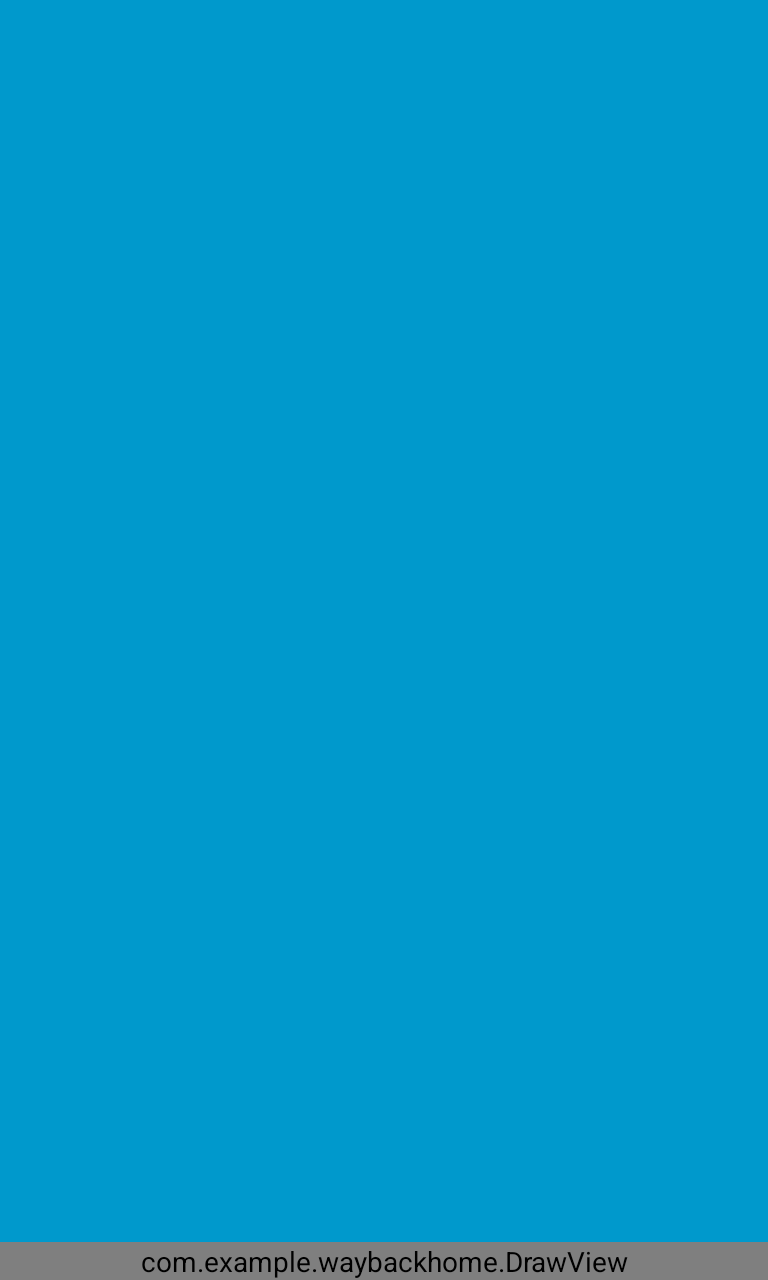
Repository: mdelbo/appcenter
Layout: WayBackHome/res/layout/activity_map.xml
The author's editor kept a copy of each file at every save. The layout is drawn from the files as they stood at one save, then again after the next save.
Pictures or frames that could not be fetched are drawn as grey boxes. It is drawn on a 768 x 1280 px phone screen (xhdpi) without system bars, with theme FullscreenTheme; the app's code is not run.

Above is the layout before, as saved 2014-05-20 11:28:09.

After the next save:
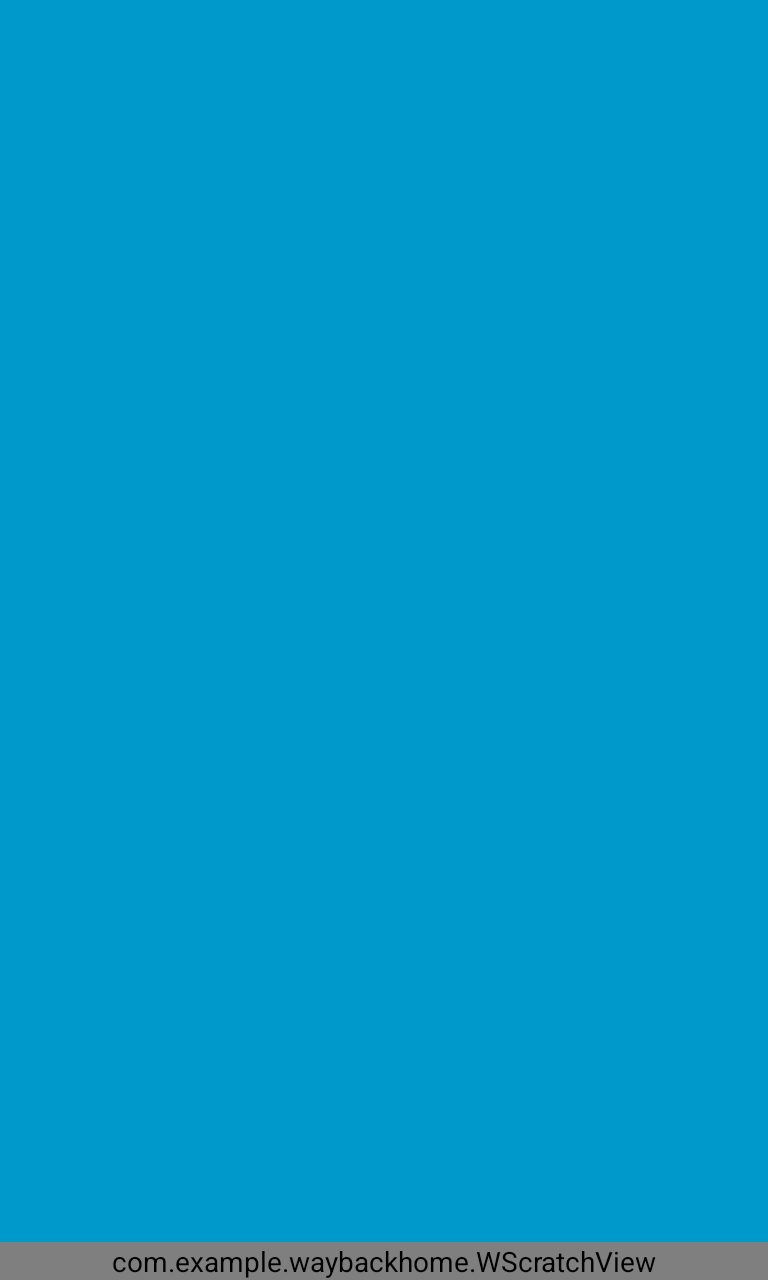
Saved 17 s later.
--- a/WayBackHome/res/layout/activity_map.xml
+++ b/WayBackHome/res/layout/activity_map.xml
@@ -21,7 +21,7 @@
             android:orientation="horizontal"
             tools:ignore="UselessParent" >
 
-            <com.example.waybackhome.DrawView
+            <com.example.waybackhome.WScratchView
 				android:layout_width="match_parent"
 				android:layout_height="match_parent"
  			/>
